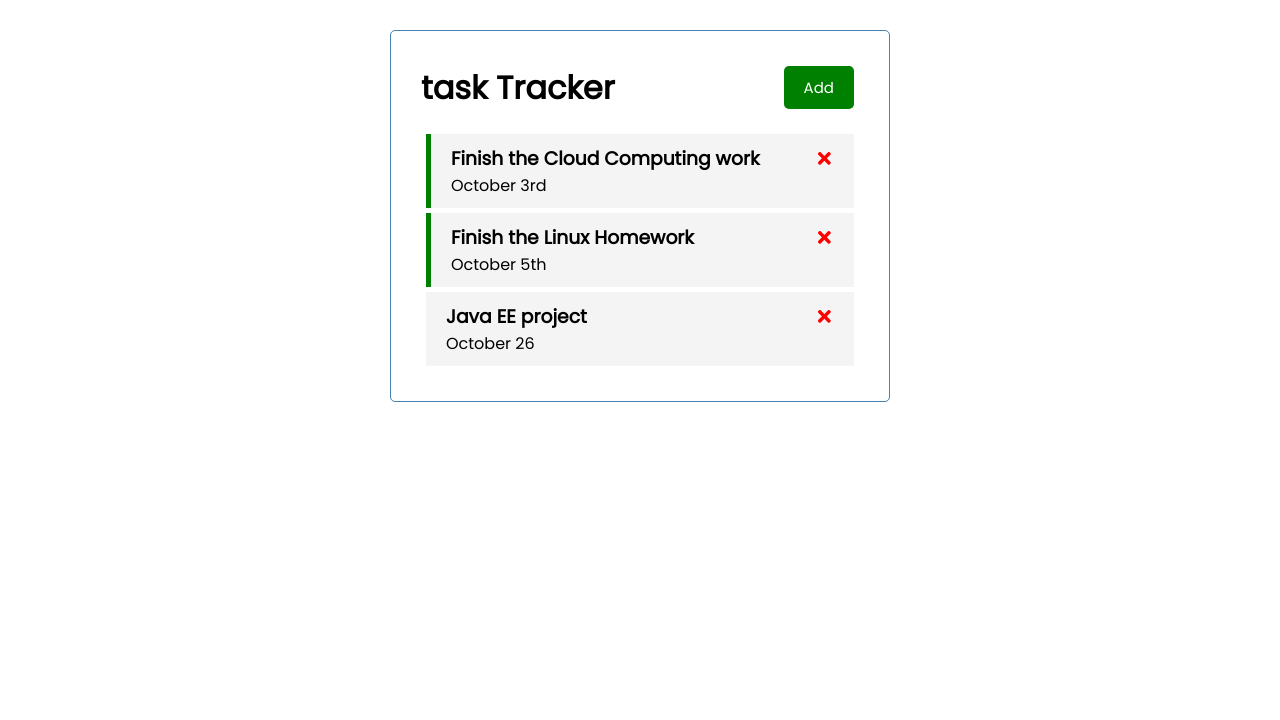
Repository: ds-mbappe/react-task-tracker
Page: /
The author's editor kept a copy of each file at every save. The page is drawn from the files as they stood at one save, then again after the next save.
The browser window is 1280 px wide. The pictures show the whole page.
The project was rebuilt for these pictures with package versions that can differ from the ones it lists, and the page was loaded fresh each time.

Above is the page before, as saved 2021-10-01 05:28:06.

After the next save:
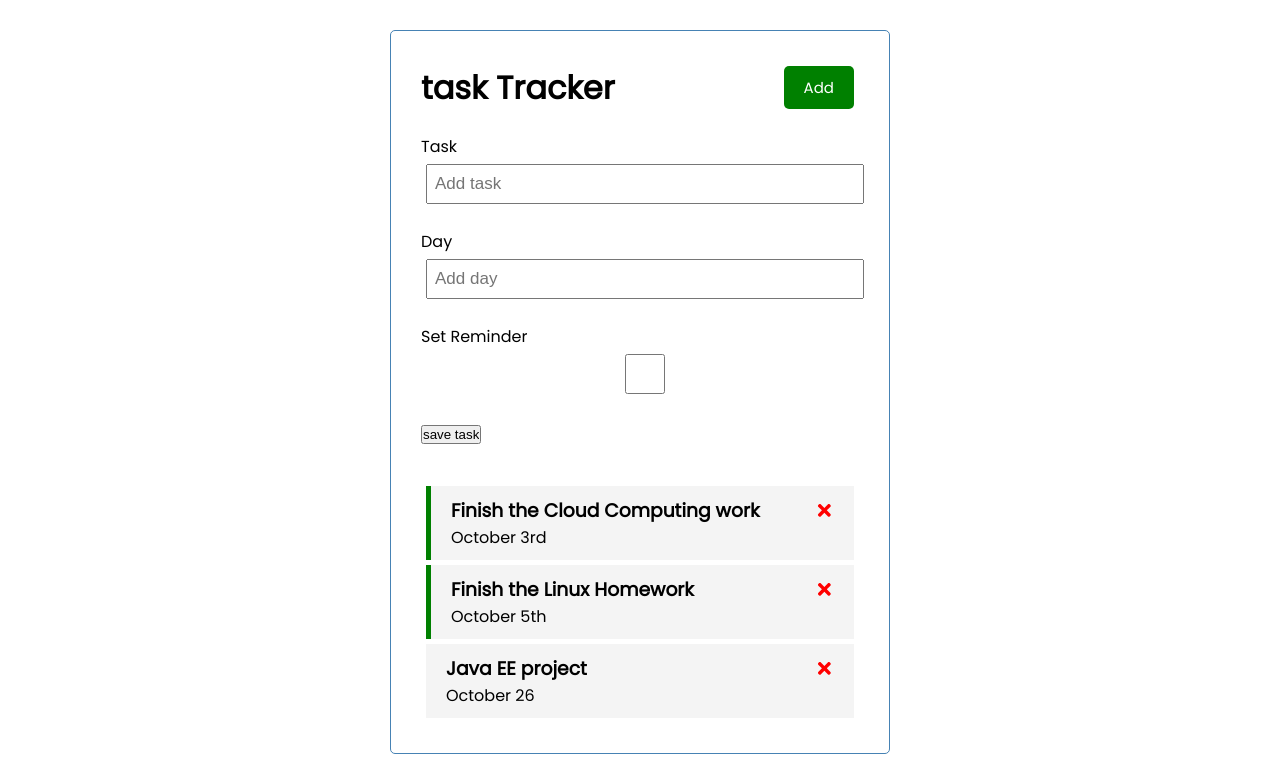
Saved 44 s later.
--- a/src/App.js
+++ b/src/App.js
@@ -1,6 +1,7 @@
 import { useState } from "react";
 import Header from "./components/Header";
 import Tasks from "./components/Tasks";
+import AddTask from "./components/AddTask";
 
 function App() {
   const [tasks, setTasks] = useState(
@@ -40,6 +41,7 @@ function App() {
   return (
     <div className="container">
       <Header />
+      <AddTask />
       {tasks.length > 0 ? <Tasks tasks={tasks} onDelete={deleteTask} onToggle={toggleReminder}/> : "No tasks to show..."}
     </div>
   );
